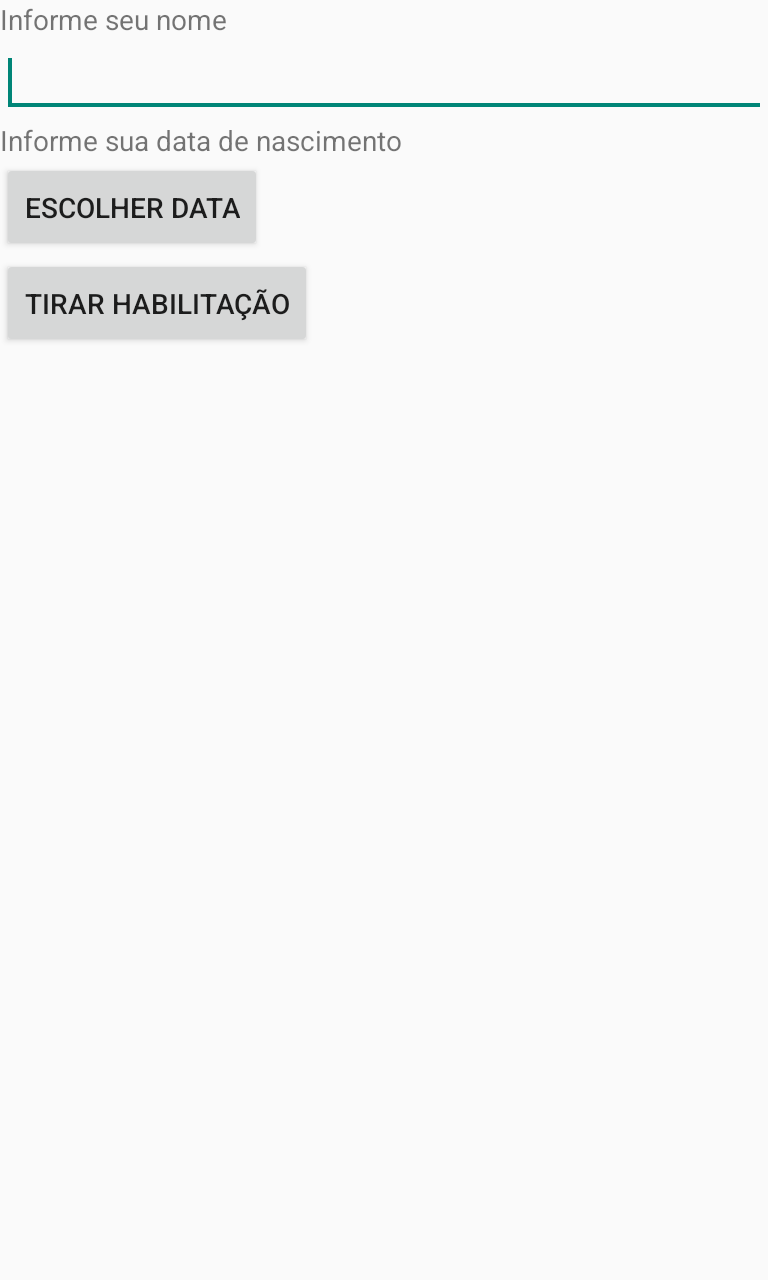
Repository: willianjean/androidProject
Layout: Exercicio3/res/layout/activity_main.xml
The author's editor kept a copy of each file at every save. The layout is drawn from the files as they stood at one save, then again after the next save.
It is drawn on a 768 x 1280 px phone screen (xhdpi) without system bars, with theme AppTheme; the app's code is not run.

Above is the layout before, as saved 2014-07-24 15:11:04.

### Exercicio3/res/layout/activity_main.xml
<LinearLayout xmlns:android="http://schemas.android.com/apk/res/android"
    xmlns:tools="http://schemas.android.com/tools"
    android:id="@+id/LinearLayout2"
    android:layout_width="match_parent"
    android:layout_height="match_parent"
    android:orientation="vertical"
    tools:context="${relativePackage}.${activityClass}" >

    <TextView
        android:id="@+id/textView1"
        android:layout_width="wrap_content"
        android:layout_height="wrap_content"
        android:text="Informe seu nome" />

    <EditText
        android:id="@+id/nome"
        android:layout_width="match_parent"
        android:layout_height="wrap_content"
        android:ems="10"
        android:inputType="textPersonName" >

        <requestFocus />
    </EditText>

    <TextView
        android:id="@+id/textView2"
        android:layout_width="wrap_content"
        android:layout_height="wrap_content"
        android:text="Informe sua data de nascimento" />

    <Button
        android:id="@+id/data"
        android:layout_width="wrap_content"
        android:layout_height="wrap_content"
        android:text="Escolher data" />

    <Button
        android:id="@+id/enviar"
        android:layout_width="wrap_content"
        android:layout_height="wrap_content"
        android:text="Tirar habilitação" />

</LinearLayout>

Loaded but not shown: Exercicio3/res/values/styles.xml (common file); Exercicio3/res/values-v11/styles.xml (common file); Exercicio3/res/values-v14/styles.xml (common file)

After the next save:
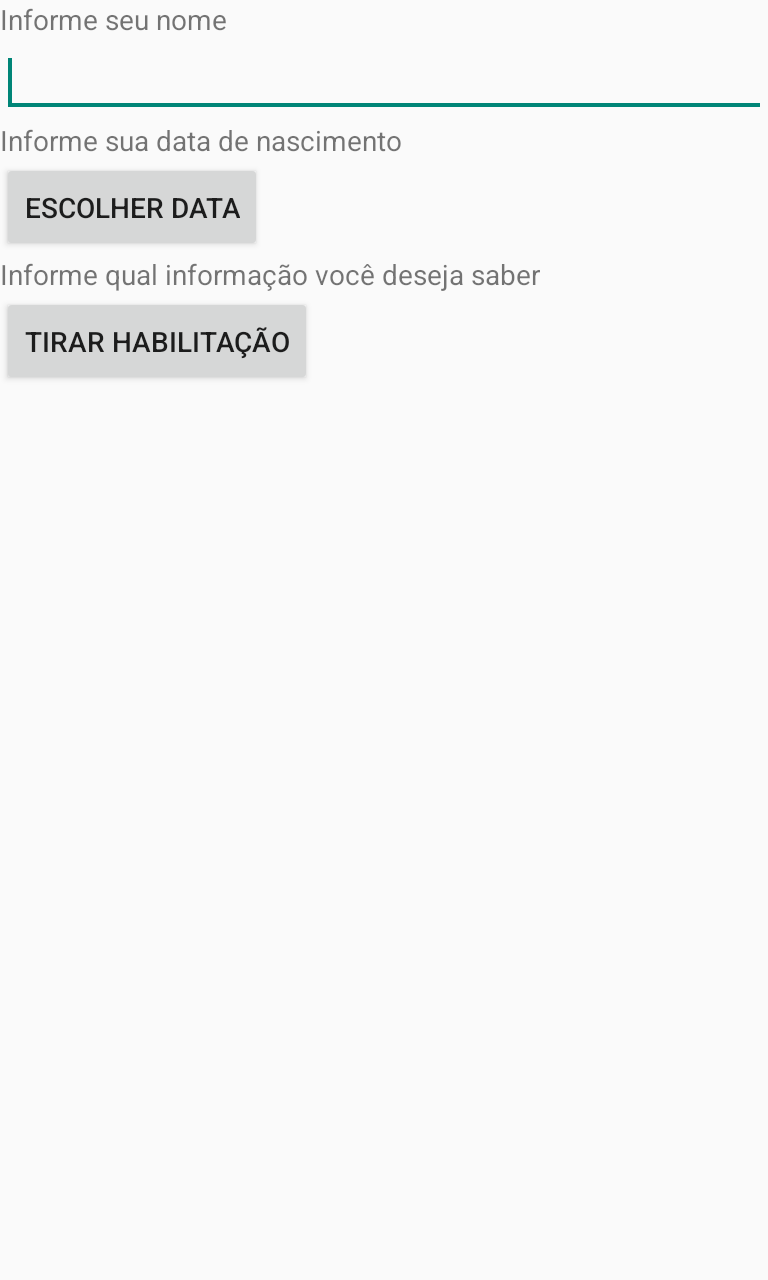
Saved 10 min 22 s later.
--- a/Exercicio3/res/layout/activity_main.xml
+++ b/Exercicio3/res/layout/activity_main.xml
@@ -34,6 +34,12 @@
         android:layout_height="wrap_content"
         android:text="Escolher data" />
 
+    <TextView
+        android:id="@+id/textView3"
+        android:layout_width="wrap_content"
+        android:layout_height="wrap_content"
+        android:text="Informe qual informação você deseja saber" />
+
     <Button
         android:id="@+id/enviar"
         android:layout_width="wrap_content"
